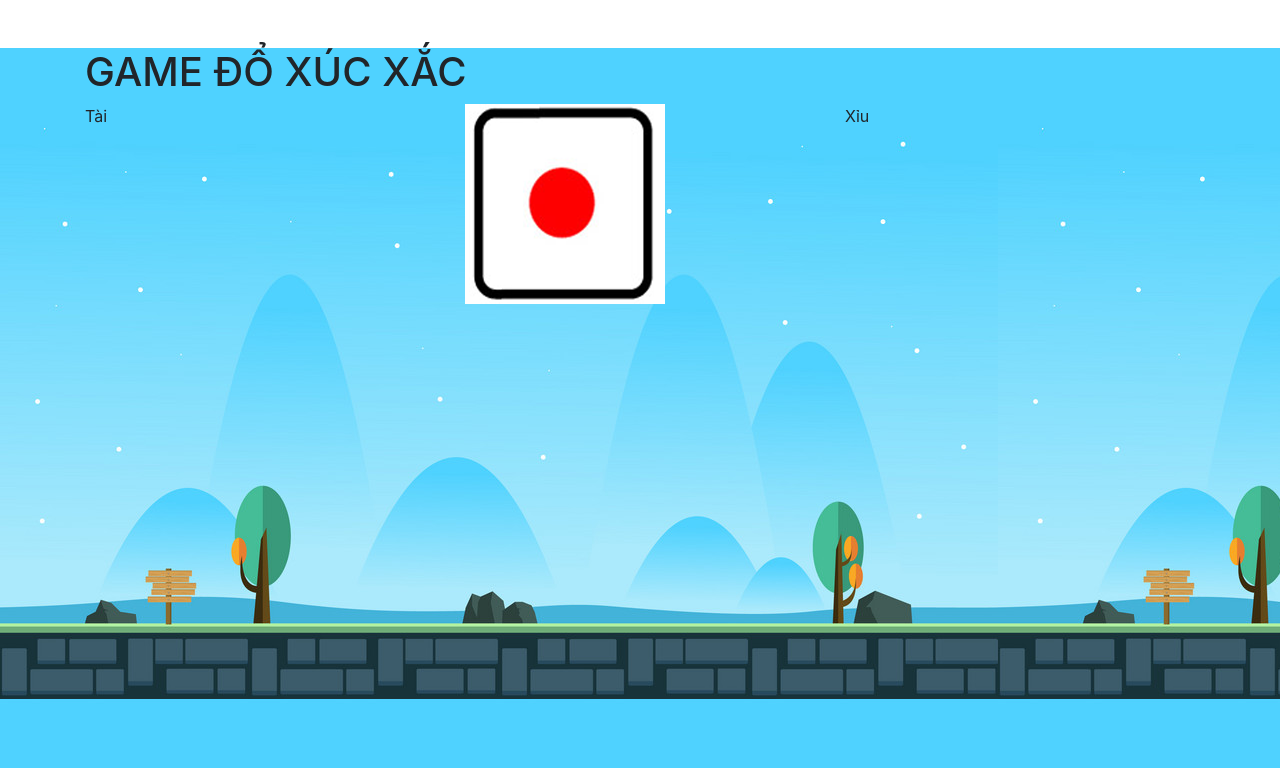
Repository: dovanthao2404/game-xuc-sac
Page: /
These files come from the project's save history. The page is drawn as it stood at one moment and after the next save; the edit follows.
The browser window is 1280 px wide. The pictures show the whole page.
The project was rebuilt for these pictures with package versions that can differ from the ones it lists, and the page was loaded fresh each time.

Above is the page before, as saved 2021-09-11 13:02:58.

After the next save:
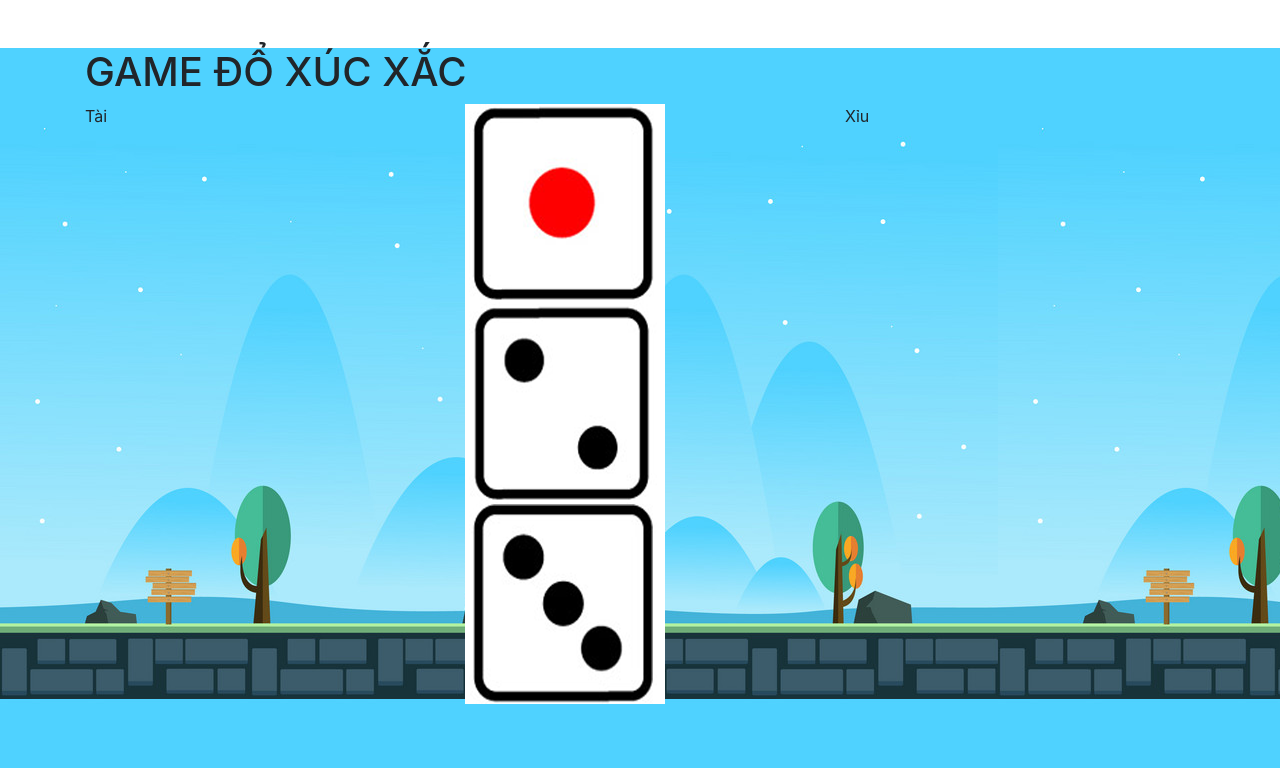
Saved 4 s later.
--- a/src/App.js
+++ b/src/App.js
@@ -16,6 +16,8 @@ function App() {
             </div>
             <div className="col-4">
               <img src="./images/1.png" alt="" />
+              <img src="./images/2.png" alt="" />
+              <img src="./images/3.png" alt="" />
             </div>
             <div className="col-4">
               <div className="type">
